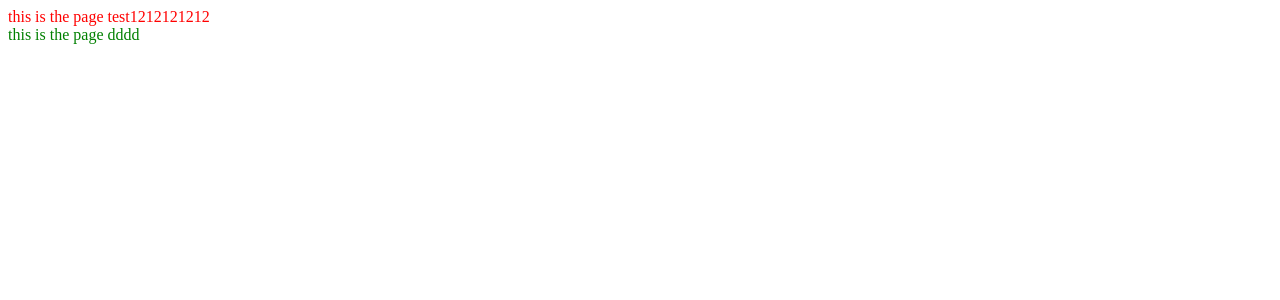
Repository: jasontianxie/huatian-mock-react-demo
Page: /
The author's editor kept a copy of each file at every save. The page is drawn from the files as they stood at one save, then again after the next save.
The browser window is 1280 px wide. The pictures show the whole page.
The project was rebuilt for these pictures with package versions that can differ from the ones it lists, and the page was loaded fresh each time. Also part of the build but not shown: webpack.config.js.

Above is the page before, as saved 2017-04-20 14:03:08.

After the next save:
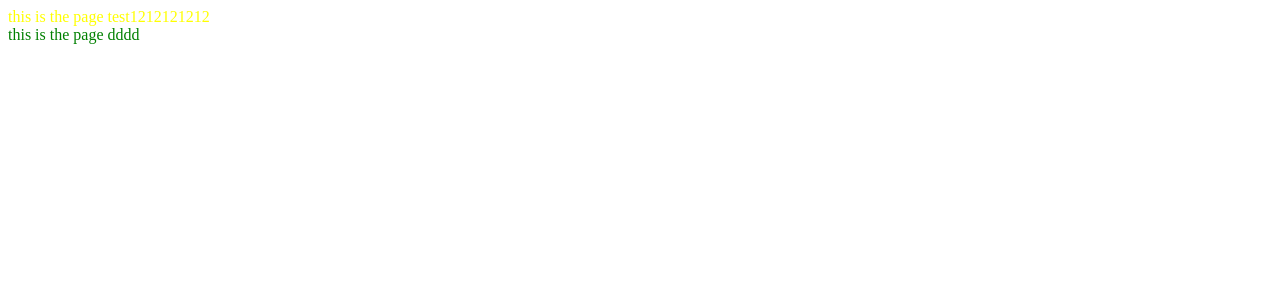
Saved 49 s later.
--- a/pages/shoppingCart/index.scss
+++ b/pages/shoppingCart/index.scss
@@ -1,3 +1,3 @@
 .shoppingCart-sss {
-  color: red;
+  color: yellow;
 }

After the save that followed:
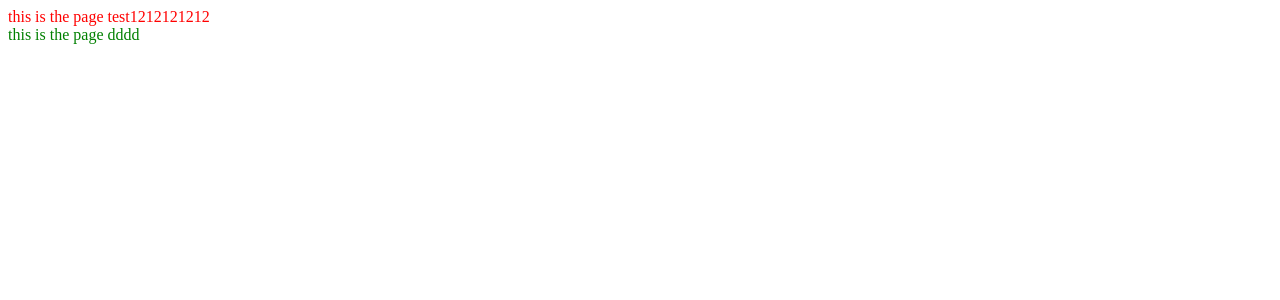
Saved 27 s later.
--- a/pages/shoppingCart/index.scss
+++ b/pages/shoppingCart/index.scss
@@ -1,3 +1,3 @@
 .shoppingCart-sss {
-  color: yellow;
+  color: red;
 }
